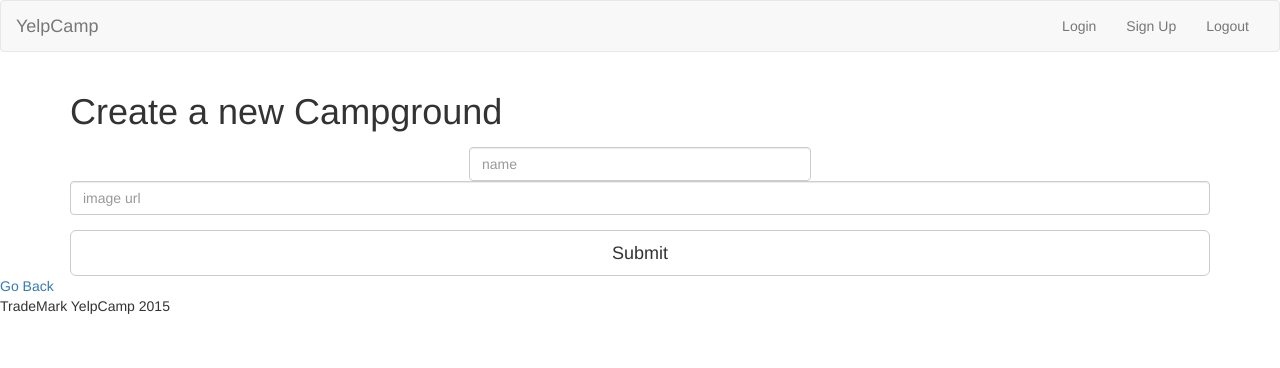
Repository: sanjansawant/Web-Developer-Bootcamp
Page: http://localhost/campgrounds/new
The author's editor kept a record of every edit. The page is drawn from the files as they stood at one moment, then again after the next edit.
The browser window is 1280 px wide. The pictures show the whole page.
Some web libraries are served in a nearby version. The page is served by the project's Node server (YelpCamp/v1/app.js).

Above is the page before.

### YelpCamp/v1/views/new.ejs
<% include partials/header %>
<div class="container">
        <div class="row"></div>
        <h1>Create a new Campground</h1>
        <div style="width: 30%; margin: 0 auto;">

        <form action="/campgrounds" method="POST">
            <div class="form-group"></div>
            <input class="form-control" type="text" name="name" placeholder="name">
            </div>
            <div class="form-group">
            <input class="form-control" type="text" name="image" placeholder="image url">

            </div>

            <button class="btn btn-lg btn-default btn-block">Submit</button>

            </form>

            </div>

        <a href="campgrounds">Go Back</a>
    </div></div>
<% include partials/footer %>

### YelpCamp/v1/views/partials/header.ejs
<!DOCTYPE html>
<html>
    <head>
        <title>Yelp Camp</title>
        <link rel="stylesheet" type="text/css" href="https://maxcdn.bootstrapcdn.com/bootstrap/3.3.7/css/bootstrap.min.css">
        </head>

        <body>

            <nav class="navbar navbar-default">
    <div class="container-fluid">

        <div class="navbar-header">

            <button type="button" class="navbar-toggle collapsed" data-toggle="collapse" data-target="#bs-example-navbar-collapse-1" aria-expanded="false">
        <span class="sr-only">Toggle navigation</span>
        <span class="icon-bar"></span>
        <span class="icon-bar"></span>
        <span class="icon-bar"></span>
      </button>
               <a class="navbar-brand" href="/">YelpCamp</a>
        </div>
        <div class="collapse navbar-collapse" id="bs-example-navbar-collapse-1">
             <ul class="nav navbar-nav  navbar-right">

            <li><a href="/">Login</a></li>
             <li><a href="/">Sign Up</a></li>
             <li><a href="/">Logout</a></li>
             </ul>
         </div>

        <div>


    </nav>

### YelpCamp/v1/views/partials/footer.ejs


<p>TradeMark YelpCamp 2015</p>

<script
  src="https://code.jquery.com/jquery-3.2.1.js"
  integrity="sha256-DZAnKJ/6XZ9si04Hgrsxu/8s717jcIzLy3oi35EouyE="
  crossorigin="anonymous"></script>
</body>
</html>

### YelpCamp/v1/app.js
var express=require("express");
var app=express();

var bodyParser=require("body-parser");

app.use(bodyParser.urlencoded({extended:true}));

app.set("view engine","ejs");
app.use(express.static("public"));

 var campgrounds=[
       {name:"Salmon Creek",image:"https://farm6.staticflickr.com/5181/5641024448_04fefbb64d.jpg"},
       {name:"Granite Hill",image:"https://farm5.staticflickr.com/4137/4812576807_8ba9255f38.jpg"},
       {name:"Mountain Goat's Rest",image:"https://farm4.staticflickr.com/3273/2602356334_20fbb23543.jpg"}
       ];


app.get("/",function(req,res){

   res.render("landing");
});



app.get("/campgrounds",function(req,res){


       res.render("campgrounds",{campgrounds:campgrounds});

});



app.get("/campgrounds/new",function(req,res){

   res.render("new");

});

//rest
app.post("/campgrounds",function(req,res){

    var name=req.body.name;
    var image=req.body.image;
    var newCampground={name:name, image:image};
    campgrounds.push(newCampground);
    res.redirect("/campgrounds");

});




app.listen(process.env.PORT, process.env.IP,function(){

   console.log("Yelp Camp Server connected");
});

After the next edit:
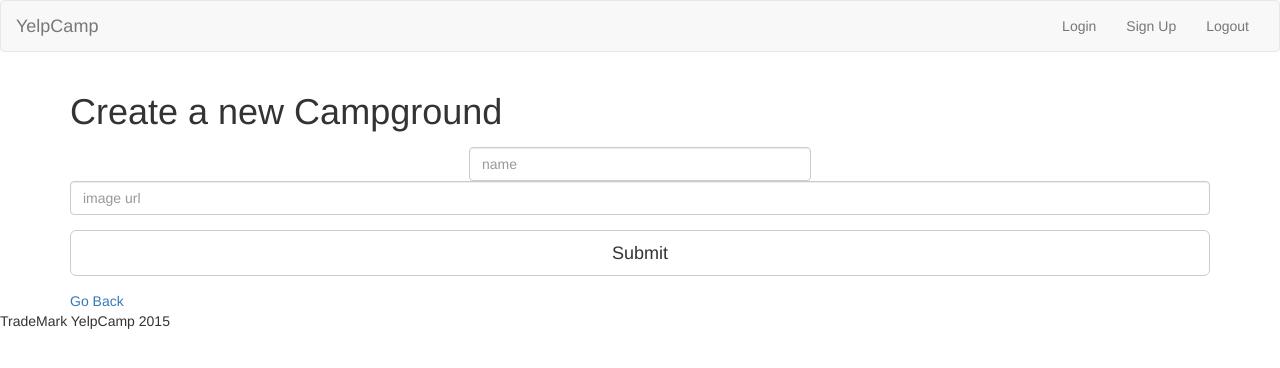
The edit:
--- a/YelpCamp/v1/views/new.ejs
+++ b/YelpCamp/v1/views/new.ejs
@@ -12,7 +12,7 @@
             <input class="form-control" type="text" name="image" placeholder="image url">
 
             </div>
-
+            <div class="form-group">
             <button class="btn btn-lg btn-default btn-block">Submit</button>
 
             </form>
